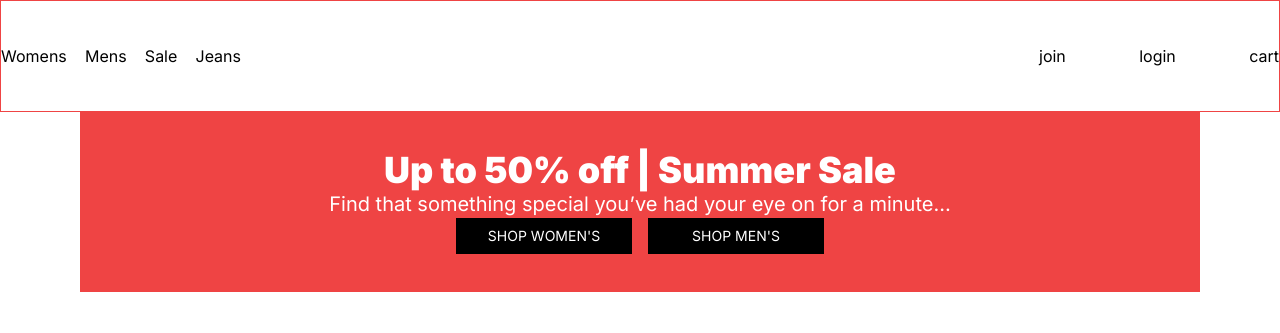
Repository: harrywebb21/stil-clothing
Page: /
An editor plug-in stored every save of this project. The page is shown before and after the next save, followed by the edit.
The browser window is 1280 px wide. The pictures show the whole page.
The project was rebuilt for these pictures with package versions that can differ from the ones it lists, and the page was loaded fresh each time. The framework's server and built-in components were replaced by stand-ins that run in the browser. Also part of the build but not shown: next.config.js.

Above is the page before, as saved 2023-06-08 16:16:57.

After the next save:
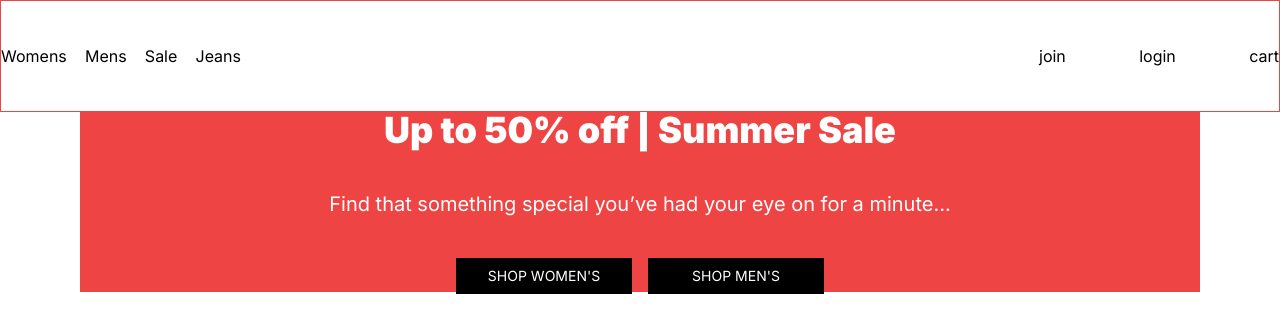
Saved 9 s later.
--- a/src/app/components/SaleBox.js
+++ b/src/app/components/SaleBox.js
@@ -1,6 +1,6 @@
 export default function SaleBox() {
   return (
-    <div className="flex flex-col justify-center items-center h-[180px] bg-red-500 text-white w-screen g-10">
+    <div className="flex flex-col justify-center items-center h-[180px] bg-red-500 text-white w-screen gap-10">
       <h1 className=" text-4xl font-black"> Up to 50% off | Summer Sale</h1>
       <p className=" text-xl">
         Find that something special you’ve had your eye on for a minute…
